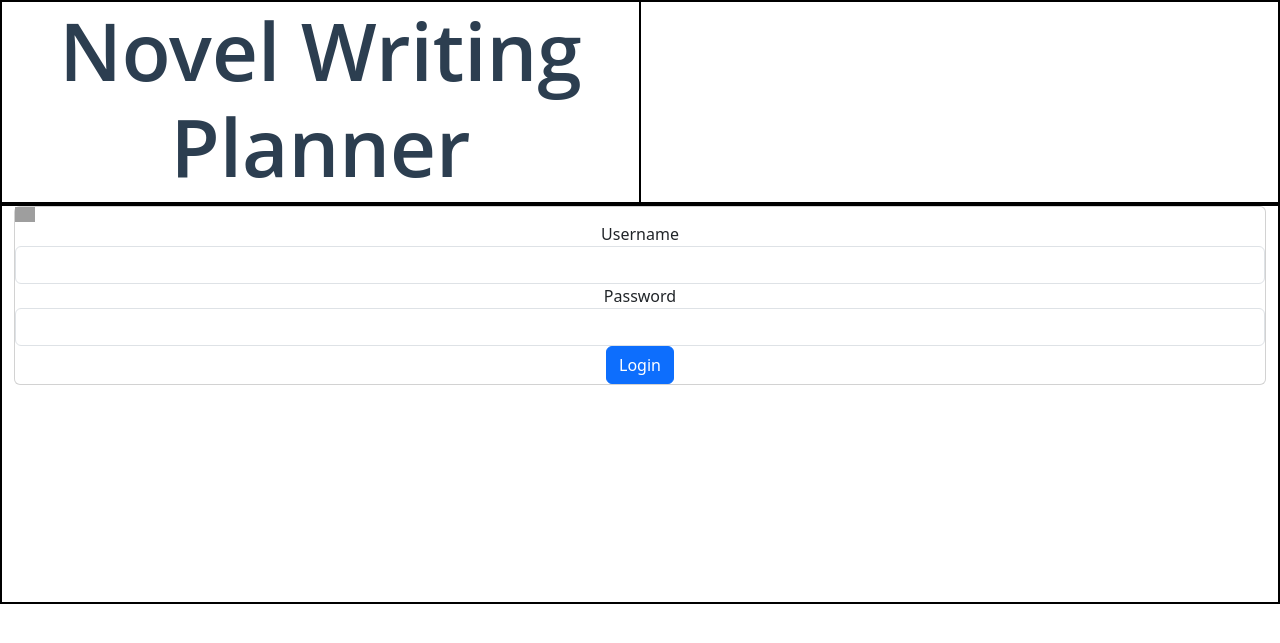
Repository: GossipCoco/RallyeBookV2
Page: /login
These files come from the project's save history. The page is drawn as it stood at one moment and after the next save; the edit follows.
The browser window is 1280 px wide. The pictures show the whole page.
Pictures or frames that could not be fetched are drawn as grey boxes. The project was rebuilt for these pictures with package versions that can differ from the ones it lists, and the page was loaded fresh each time. Also part of the build but not shown: vue.config.js, src/Services/auth-header.js, src/Services/user.service.js, src/components/PageComponent/Home.vue.

Above is the page before, as saved 2023-12-11 15:35:28.

### src/main.js
import { createApp } from 'vue'
import App from './App.vue'
import Router from './Router/Index'
import axios from 'axios'
import VueAxios from 'vue-axios'
import Vuex from 'vuex'
import store from "./store"
// import io from 'socket.io-client'
import { library } from '@fortawesome/fontawesome-svg-core'
import { faCat, faEnvelope, faGamepad, faHome, faHouseUser, faUser, faUserAlt, faUserCog, faUsers } from '@fortawesome/free-solid-svg-icons'
import { FontAwesomeIcon } from '@fortawesome/fontawesome-free'

import 'bootstrap/dist/css/bootstrap.css'
import './assets/css/Layout.css'
import './assets/css/Card.css'


library.add(faUser, faHouseUser, faGamepad, faUser, faHome, faEnvelope, faUserCog, faCat, faUserAlt, faUsers, faCat)
const app = createApp(App)

app.use(FontAwesomeIcon)
app.use(Vuex)
app.use(store)
app.use(Router)
app.use(VueAxios, axios)
app.mount('#app')

### src/App.vue
<template>
  <div class="container-fluid">
    <div class="row">
      <div class="col-6">
        <h1>Novel Writing Planner</h1>
      </div>
      <div class="col-6"></div>
    </div>
    <div class="row">
      <div class="col-12">
      <router-view></router-view>
      </div>
    </div>
  </div>
</template>

<script>
export default {
  name: "App",
};
</script>

<style>
#app {
  -webkit-font-smoothing: antialiased;
  -moz-osx-font-smoothing: grayscale;
  text-align: center;
  color: #2c3e50;
}
</style>

### src/Router/Index.js
import { createWebHistory, createRouter } from "vue-router";
import Home from '../components/PageComponent/Home.vue'
import Login from '../components/PageComponent/Login.vue'

const routes = [
  {
    path: "/",
    name: "home",
    component: Home,
  },
  {
    path: "/home",
    component: Home,
  },
  {
    path: "/login",
    component: Login,
  },
]

const router = createRouter({
    history: createWebHistory(),
    routes,
  });

  export default router;

### src/store/index.js
import { createStore } from "vuex";
import { auth } from "./auth.module";
export default createStore({
  modules: {
    auth,
  },
  state: {},
  mutations: {},
  actions: {},
});

### src/assets/css/Layout.css
@import './variables.scss';

html,
body {
    height: 100vh;
    overflow-y: hidden;
    overflow-x: hidden;
    scroll-behavior: smooth;
    background-size: cover;
    background-position: 10%;
}
.logo{
    width: 25vh;
}
.login-page{
    overflow: auto;
    height: 55vh;
}
#profile-img{
    width: 20px;
}
h1{
    font-family: var(--opensans-text);
    font-weight: 600;
    font-size: 5rem;
}
.row, .col,
.col-1, .col-2, .col-3, .col-4, .col-5, .col-6, .col-7, .col-8, .col-9, .col-10, .col-11, .col-12{
    border: 1px solid rgba(var(--main-black), 1);
}

### src/components/PageComponent/Login.vue
<template>
  <div class="login-page">
    <div class="col-md-12">
      <div class="card card-container">
        <img
          id="profile-img"
          src="//ssl.gstatic.com/accounts/ui/avatar_2x.png"
          class="profile-img-card"
        />
        <Form @submit="handleLogin" :validation-schema="schema">
          <div class="form-group">
            <label for="username">Username</label>
            <input name="username" type="text" class="form-control" />
            <ErrorMessage name="username" class="error-feedback" />
          </div>
          <div class="form-group">
            <label for="password">Password</label>
            <input name="password" type="password" class="form-control" />
            <ErrorMessage name="password" class="error-feedback" />
          </div>

          <div class="form-group">
            <button class="btn btn-primary btn-block" :disabled="loading">
              <span
                v-show="loading"
                class="spinner-border spinner-border-sm"
              ></span>
              <span>Login</span>
            </button>
          </div>

          <div class="form-group">
            <div v-if="message" class="alert alert-danger" role="alert">
              {{ message }}
            </div>
          </div>
        </Form>
      </div>
    </div>
  </div>
</template>
<script>

import JwtApi from "../../api/JwTApi";
export default {
  name: "Login",
  data() {
    return {
      form: {
        login: "",
        password: "",
      },
      falsePassword: null,
    };
  },
  created() {
    this.$store.state.auth.user === null;
    JwtApi.IsLogged();
  },
  methods: {
    login(e) {
      e.preventDefault();
      let login = this.form.login;
      let pwd = this.form.password;
      console.log("test", this.form);

      this.$router.push({ path: "/home/Dashboard" });
      this.$store
        .dispatch("auth/login", {
          Login: login,
          Password: pwd,
        })
        .then(
          (w) => {
            console.log("w", w);
            this.$router.push({ path: "/Home" });
          },
          (error) => {
            if (!error) {
              this.falsePassword = "Login ou Mot de passe incorrect";
              this.loading = false;
              this.message =
                (error.response && error.response.data) ||
                error.message ||
                error.toString();
            }
          }
        )
        .catch((errors) => {
          console.log("Cannot log in", errors);
          this.falsePassword = "Login ou Mot de passe incorrect";
        });
    },
    onReset(event) {
      event.preventDefault();
      // Reset our form values
      this.form.login = "";
      this.form.password = "";
      // Trick to reset/clear native browser form validation state
      this.show = false;
      this.$nextTick(() => {
        this.show = true;
      });
    },
  },
};
</script>

### src/store/auth.module.js
import AuthService from '../Services/auth.service';

const user = JSON.parse(localStorage.getItem('user'));
const initialState = user
  ? { status: { loggedIn: true }, user }
  : { status: { loggedIn: false }, user: null };

export const auth = {
  namespaced: true,
  state: initialState,
  actions: {
    login({ commit }, user) {
      return AuthService.login(user).then(
        user => {
          commit('loginSuccess', user);
          return Promise.resolve(user);
        },
        error => {
          commit('loginFailure');
          return Promise.reject(error);
        }
      );
    },
    logout({ commit }) {
      AuthService.logout();
      commit('logout');
    },
    register({ commit }, user) {
      return AuthService.register(user).then(
        response => {
          commit('registerSuccess');
          return Promise.resolve(response.data);
        },
        error => {
          commit('registerFailure');
          return Promise.reject(error);
        }
      );
    }
  },
  mutations: {
    loginSuccess(state, user) {
      state.status.loggedIn = true;
      state.user = user;
    },
    loginFailure(state) {
      state.status.loggedIn = false;
      state.user = null;
    },
    logout(state) {
      state.status.loggedIn = false;
      state.user = null;
    },
    registerSuccess(state) {
      state.status.loggedIn = false;
    },
    registerFailure(state) {
      state.status.loggedIn = false;
    }
  }
};

### src/assets/css/variables.scss
@import './Roboto.css';
@import './OpenSans.css';
@import './MeriendaMedium.css';
@import './MeriendaRegular.css';

:root{
    --opensans-text: 'Open Sans', sans-serif;
    --roboto-text: 'Roboto', sans-serif;

    --main-white: 255, 255, 255;
    --main-black: 0,0,0;
    --main-grey-background: 249, 251, 253;
    --dark-green-01: 0, 75, 66;
    --dark-green-02: 61, 111, 52;
    --middle-green-01: 3, 152, 134;
    --middle-green-02: 58, 174, 134;
    --clear-green-01: 146, 200, 66;
    --clear-green-02: 89, 207, 187;
}

### src/assets/css/Roboto.css
/* roboto */
@font-face {
    font-family: 'Roboto';
    font-style: normal;
    font-weight: 400;
    src: local('../fonts/Roboto/Roboto-Regular.ttf'),
         url('../fonts/Roboto/Roboto-Regular.ttf') format('ttf'), /* Super Modern Browsers */
  }

### src/assets/css/OpenSans.css
@font-face {
    font-family: 'Open Sans';
    font-style: normal;
    font-weight: 400;
    src: local('../fonts/OpenSans/OpenSans-Regular.ttf'),
         url('../fonts/OpenSans/OpenSans-Regular.ttf') format('ttf'), /* Super Modern Browsers */
  }

### src/assets/css/MeriendaMedium.css
@font-face {
    font-family: 'Open Sans';
    font-style: normal;
    font-weight: 400;
    src: local('../fonts/Merienda/Merienda-Medium.ttf'),
         url('../fonts/Merienda/Merienda-Medium.ttf') format('ttf'), /* Super Modern Browsers */
  }

### src/assets/css/MeriendaRegular.css
@font-face {
    font-family: 'Open Sans';
    font-style: normal;
    font-weight: 400;
    src: local('../fonts/Merienda/Merienda-Regular.ttf'),
         url('../fonts/Merienda/Merienda-Regular.ttf') format('ttf'), /* Super Modern Browsers */
  }

### src/api/JwTApi.js
const axios = require('axios')
const config = require('../../server')

const JwtAPI = {}

JwtAPI.logged = false;
JwtAPI.permission = null
JwtAPI.SetUser = (token) => {
    console.log(token)
   return token
}
JwtAPI.GetUser = () => {
    return localStorage.getItem('token')
}
JwtAPI.UnsetUser = () => {
    localStorage.removeItem('token')
}
JwtAPI.Connexion = (user) => {
    console.log("JwtAPI : ", user)
    return axios
    .post(config.Url + "/user/login", user)
        .then((token) => {
            console.log('token', token.data)
            if (token.status == 200) {
                JwtAPI.SetUser(token.data.token);
                axios.defaults.headers.common['Authorization'] = JwtAPI.GetUser()
                JwtAPI.logged = true
            }
            else {
                JwtAPI.logged = false
                JwtAPI.UnsetUser()
            }
        })
        .catch((err) => console.log(err))
}

JwtAPI.Disconnect = (router) => {
    JwtAPI.logged = false;
    JwtAPI.UnsetUser()
    router.push({ path: '/logout' });
}
JwtAPI.NotConnected = () => {
    JwtAPI.UnsetUser();
    this.$router.push({ path: '/login' })
}

JwtAPI.IsLogged = () => {
    JwtAPI.logged = JwtAPI.GetUser() ? true : false
    return JwtAPI.logged
};
JwtAPI.Permission = () => {
    JwtAPI.permission = true
    return JwtAPI.permission
}
module.exports = JwtAPI

### src/Services/auth.service.js
import axios from 'axios';

const API_URL = 'http://localhost:8080/api/auth/';

class AuthService {
  login(user) {
    return axios
      .post(API_URL + 'signin', {
        username: user.username,
        password: user.password
      })
      .then(response => {
        if (response.data.accessToken) {
          localStorage.setItem('user', JSON.stringify(response.data));
        }

        return response.data;
      });
  }

  logout() {
    localStorage.removeItem('user');
  }

  register(user) {
    return axios.post(API_URL + 'signup', {
      username: user.username,
      email: user.email,
      password: user.password
    });
  }
}

export default new AuthService();

### server.js
const Config = {};

// Config.Url = 'http://172.20.1.151:4044'

Config.Url = "http://192.168.1.10:4049"
// Config.Url = 'http://10.20.0.22:4044'

module.exports = Config;

Loaded but not shown: public/index.html (common file); src/assets/css/Card.css (common file)

After the next save:
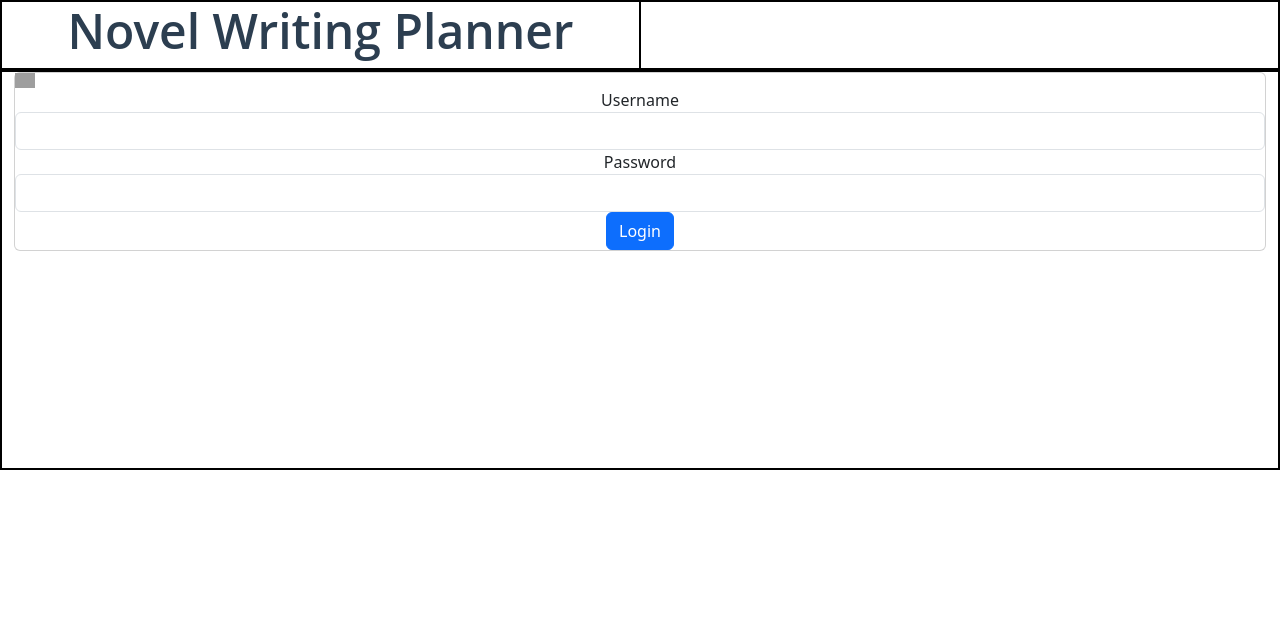
Saved 12 s later.
--- a/src/assets/css/Layout.css
+++ b/src/assets/css/Layout.css
@@ -22,7 +22,7 @@ body {
 h1{
     font-family: var(--opensans-text);
     font-weight: 600;
-    font-size: 5rem;
+    font-size: 3rem;
 }
 .row, .col,
 .col-1, .col-2, .col-3, .col-4, .col-5, .col-6, .col-7, .col-8, .col-9, .col-10, .col-11, .col-12{
